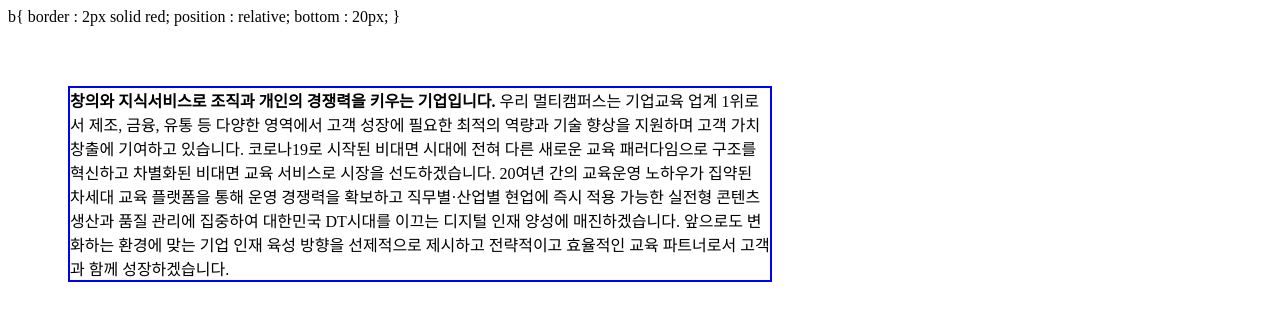
Repository: zmfhd1/Web
Page: boardtest/WebContent/WEB-INF/relative.html
An editor plug-in stored every save of this project. The page is shown before and after the next save, followed by the edit.
The browser window is 1280 px wide. The pictures show the whole page.

Above is the page before, as saved 2021-08-23 00:58:57.

After the next save:
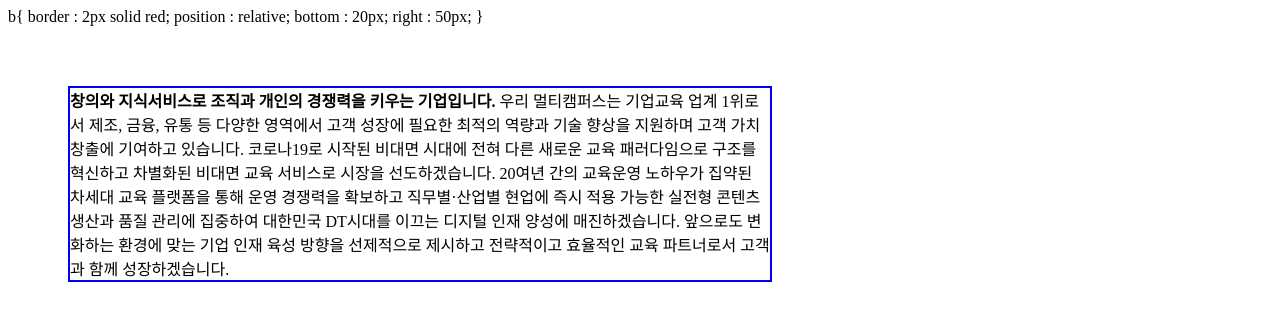
Saved 22 s later.
--- a/boardtest/WebContent/WEB-INF/relative.html
+++ b/boardtest/WebContent/WEB-INF/relative.html
@@ -17,8 +17,8 @@
   border : 2px solid red;
   position : relative;
   bottom : 20px;
+  right : 50px;
   }
-
 
 
 </head>
